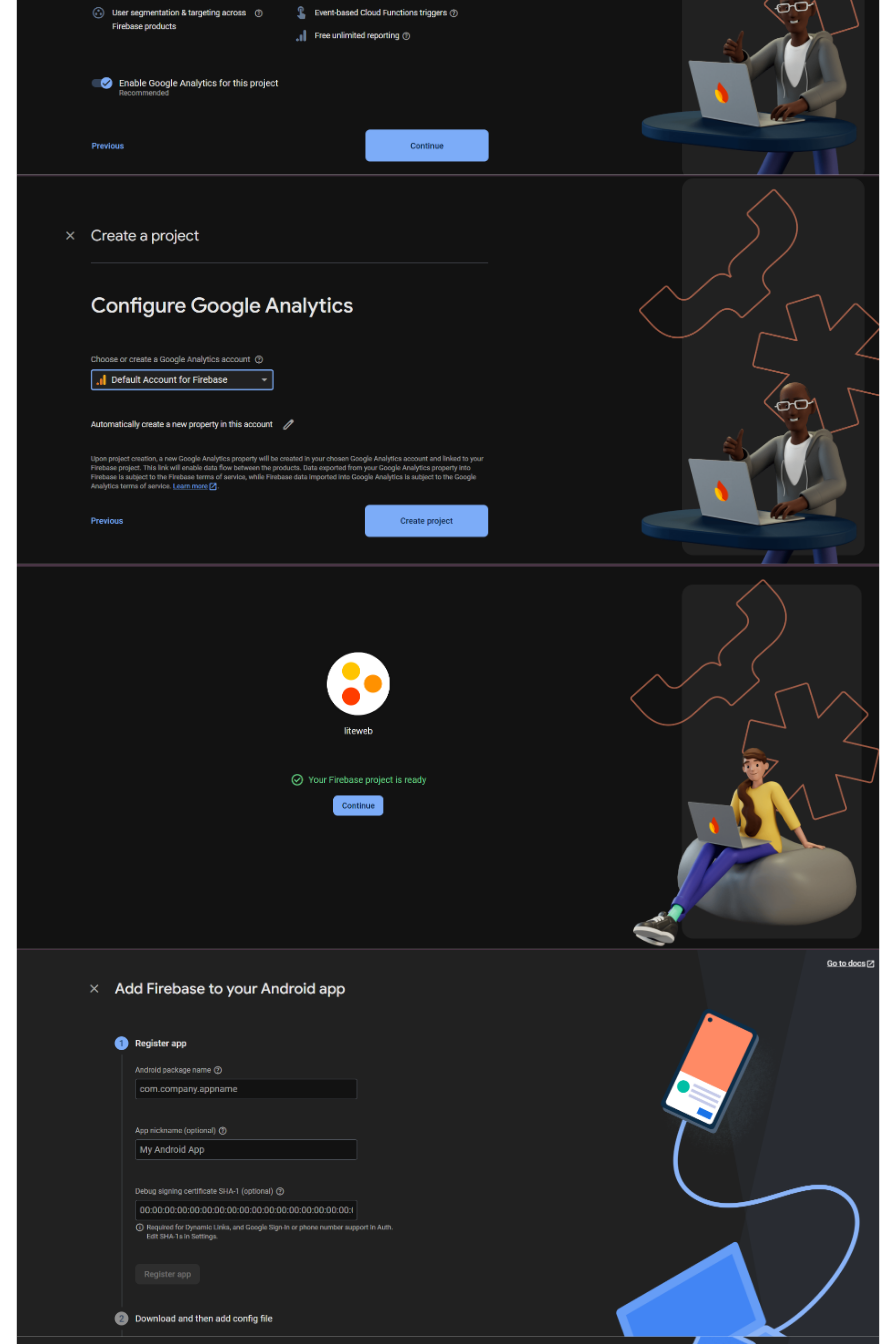
Repository: Safin421/lite--web
Page: index.html
The author's editor kept a copy of each file at every save. The page is drawn from the files as they stood at one save, then again after a run of saves.
The browser window is 1280 px wide. The pictures show the part of the page from y = 4051 to 5971 px (the page is 9308 px tall before and 9332 px after), at 70% of full size.
A picture or video elsewhere on the page could not be fetched, so the positions and the page height are approximate. Some web libraries are served in a nearby version.

Above is the page before, as saved 2024-10-31 11:57:36.

After the next 7 saves:
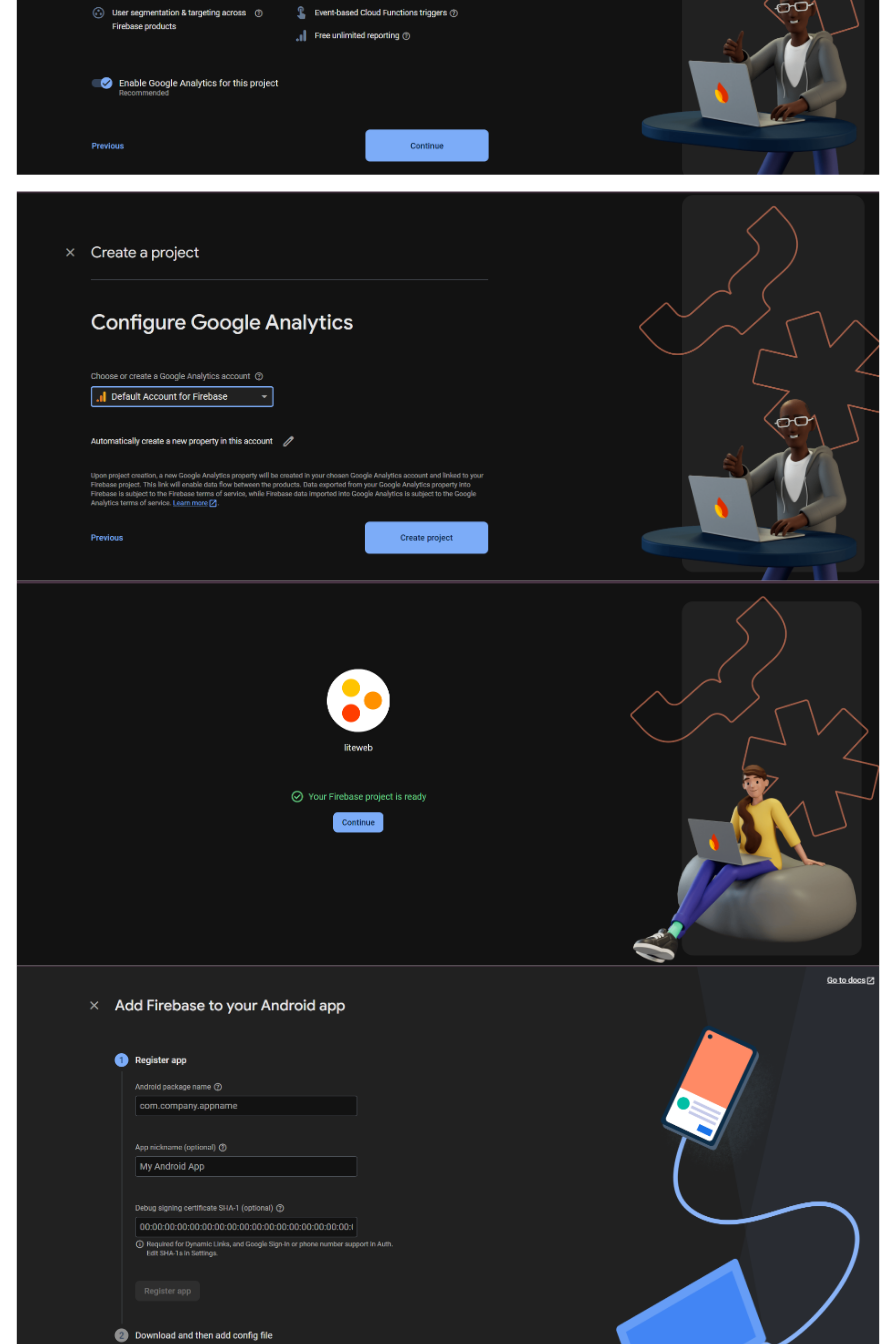
The 7 saves are shown as one change because they came seconds apart.
The last was saved 19 s later.
--- a/index.html
+++ b/index.html
@@ -135,7 +135,8 @@
                           src='images/firebase3.png'
                           alt=''
                           />
-                      </figure
+                      </figure><br>
+                      <!-- img4 -->
                       <figure>
                         <img
                           src='images/firebase4.png'
